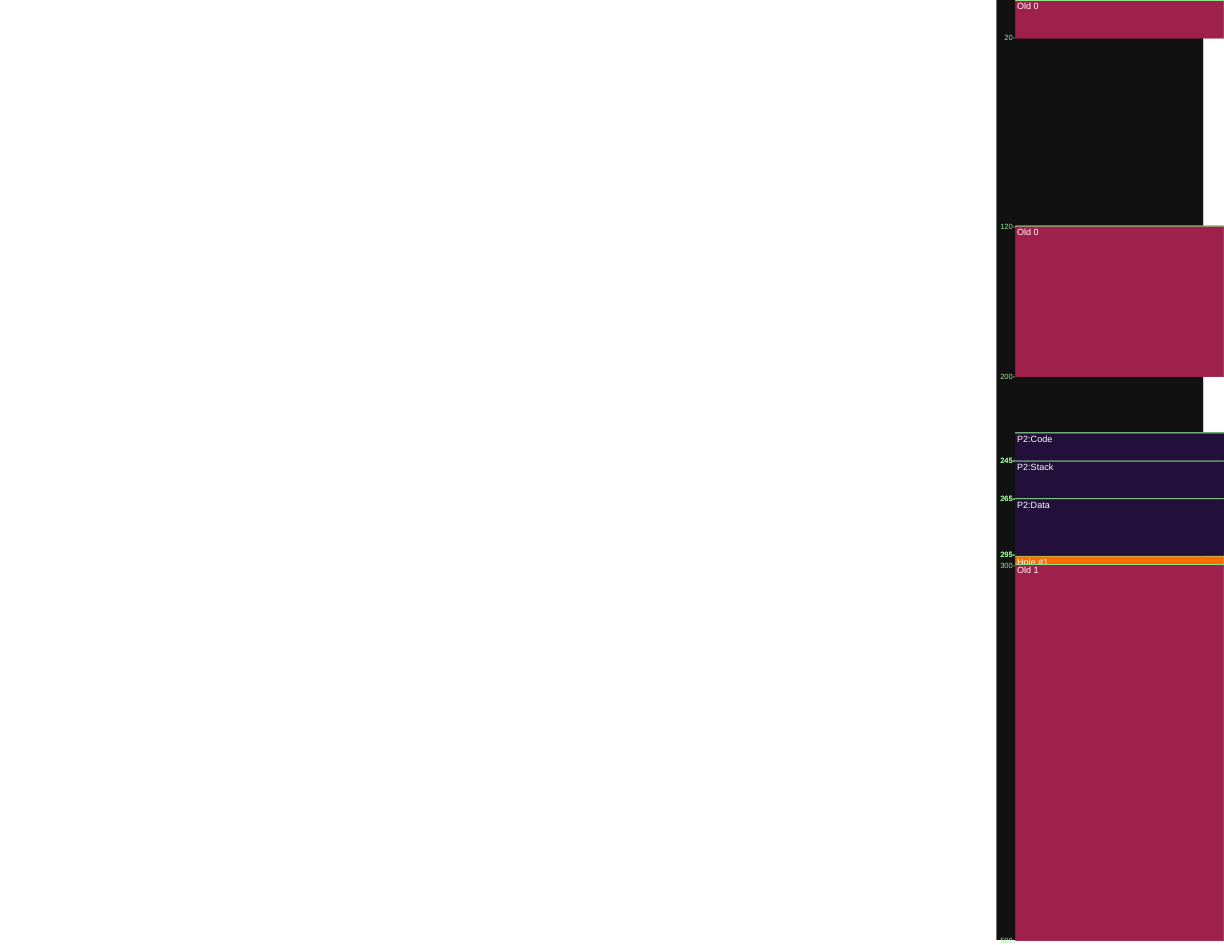
Repository: atout811/memory-allocation-project
Page: /#/final
An editor plug-in stored every save of this project. The page is shown before and after the next save, followed by the edit.
The browser window is 1280 px wide. The page is 1302 px wide, so the pictures cover 1302 px, including what lies to the right of the window. The pictures show the whole page, at 94% of full size.
The project was rebuilt for these pictures with package versions that can differ from the ones it lists, and the page was loaded fresh each time. Also part of the build but not shown: src/views/MemoryAndHoles.vue, src/views/Process.vue, src/views/Methods.vue.

Above is the page before, as saved 2021-06-09 22:44:05.

### src/App.vue
<template>
  <router-view v-slot="{ Component }">
    <transition name="fade" mode="out-in">
      <component :is="Component" />
    </transition>
  </router-view>
</template>
<script>
import MemHole from "./views/MemoryAndHoles.vue";
export default {
  name: "App",
  components: { MemHole },
};
</script>
<style lang="scss">
#app {
  font-family: Avenir, Helvetica, Arial, sans-serif;
  -webkit-font-smoothing: antialiased;
  -moz-osx-font-smoothing: grayscale;
  text-align: center;
  color: #2c3e50;
  display: flex;
  flex-direction: column;
  align-items: center;
}
a {
  font-weight: bold;
  color: #42b983;

  &.router-link-exact-active {
    color: #42b983;
  }
}
.fade-enter-active,
.fade-leave-active {
  transition: opacity 0.5s ease;
}
.fade-enter-from, .fade-leave-to /* .fade-leave-active below version 2.1.8 */ {
  opacity: 0;
}
</style>

### src/router/index.js
import { createRouter, createWebHashHistory } from "vue-router";
import Process from "../views/Process";
import MemoryAndHoles from "../views/MemoryAndHoles";
import Methods from "../views/Methods";
import Final from "../views/Final";

const routes = [
  {
    path: "/",
    name: "Home",
    component: MemoryAndHoles,
  },
  {
    path: "/process",
    name: "Process",
    component: Process,
  },
  {
    path: "/methods",
    name: "Methods",
    component: Methods,
  },
  {
    path: "/final",
    name: "Final",
    component: Final,
  },
];

const router = createRouter({
  history: createWebHashHistory(),
  routes,
});

export default router;

### src/store/index.js
import { createStore } from "vuex";

export default createStore({
  state: {
    input: {
      memSize: 500,
      Holes: [
        { starting: 20, size: 100 },
        { starting: 200, size: 100 },
      ],
      Processes: [
        {
          name: "P0",
          segments: [
            { name: "code", size: 10 },
            { name: "stack", size: 20 },
            { name: "data", size: 20 },
          ],
        },
        {
          name: "P1",
          segments: [
            { name: "code", size: 15 },
            { name: "stack", size: 20 },
            { name: "data", size: 30 },
          ],
        },
        {
          name: "P2",
          segments: [
            { name: "code", size: 15 },
            { name: "stack", size: 20 },
            { name: "data", size: 30 },
          ],
        },
        {
          name: "P3",
          segments: [
            { name: "code", size: 15 },
            { name: "stack", size: 20 },
            { name: "data", size: 30 },
          ],
        },
      ],
      Method: "first-fit",
    },
  },
  mutations: {},
  actions: {},
  modules: {},
});

### src/views/Final.vue
<template>
  <div class="memory"></div>
</template>

<script>
export default {
  name: "Final",

  data() {
    return {
      data: this.$store.state.input,
    };
  },
  mounted: function () {
    const memory = document.querySelector(".memory");
    const scale = 2;
    let data = { ...this.data };
    let holes = data.Holes.map((item) => [item.starting, item.size]);
    // let holes = [
    //   [140, 100],
    //   [40, 80],
    //   [260, 90],
    // ];

    let totalMemorySize = data.memSize;
    function orderHoles() {
      holes = holes.sort((a, b) => a[0] - b[0]);
    }
    function renderMemory() {
      memory.style.height = `${totalMemorySize * scale}px`;
    }
    renderMemory();
    let obj = {};
    let test = data.Processes.map((item) => [
      null,
      item.segments.forEach((el) => {
        obj[el.name] = [Number(el.size)];
      }),
      item.name,
    ]);
    let processes = test.map((item) => [null, obj, item[2]]);
    // let processes = [
    //   [null, { code: [10], data: [30], stack: [16] }, "p1"],
    //   [null, { code: [15], data: [30], stack: [25] }, "p3"],
    //   [null, { code: [10], data: [40], stack: [18] }, "p2"],
    //   [null, { code: [12], data: [10], stack: [12] }, "p4"],
    // ]; //start,size,name
    console.log("prooooooooooocess: ", processes);
    let OldProcess = [];

    function generateOldProcess() {
      const firstHoleStart = holes[0][0];

      if (firstHoleStart > 0) OldProcess.push([0, firstHoleStart, `old ${0}`]);

      for (let h = 0; h < holes.length; h++) {
        const holeStart = holes[h][0];
        const HoleSize = holes[h][1];
        const HoleEnd = holeStart + HoleSize;

        if (h === holes.length - 1) {
          const lastHole = totalMemorySize - HoleEnd;
          if (HoleEnd < totalMemorySize)
            OldProcess.push([HoleEnd, lastHole, `old ${h}`]);
        } else {
          const nextStart = holes[h + 1][0];
          OldProcess.push([HoleEnd, nextStart - HoleEnd, `old ${h}`]);
        }
      }
    }
    // alert(holes[0][0])
    function renderHoles(type, holes) {
      // holes ==>
      for (let hole = 0; hole < holes.length; hole += 1) {
        const startingIndex = holes[hole][0];
        const size = holes[hole][1];

        // alert(hole)
        const holeBox = document.createElement("div");
        if (type === "old") {
          holeBox.innerText = holes[hole][2];
          holeBox.classList.add("oldProcess");
        } else if (type === "hole") {
          holeBox.innerText = "Hole #" + hole;
          holeBox.classList.add("hole");
        } else if (type === "process") {
          holeBox.innerText = holes[hole][2];
          holeBox.classList.add("process");
        }

        holeBox.style.top = `${startingIndex * scale}px`;
        holeBox.style.height = `${size * scale}px`;
        const endSize = document.createElement("span");
        const endSizeContainer = document.createElement("div");
        endSizeContainer.classList.add("endSizeContainer");
        endSizeContainer.appendChild(endSize);
        endSize.innerText = startingIndex + size;

        endSize.classList.add("holeEndIndex");
        if (startingIndex !== null) {
          holeBox.appendChild(endSizeContainer);
          memory.appendChild(holeBox);
        } else {
          // ERROR THE PROCESS CAN'T BE ALLOCATED
        }
      }
    }

    const totalProcessSize = (process) =>
      Object.values(process).reduce((prev, acc) => prev + acc);

    function allocate() {
      for (let p = 0; p < processes.length; p++) {
        // DON'T TOUCH MY SHIT 😡😡😡
        firstFit(processes[p]);
        // bestFit(processes[p])
      }
    }
    // function bestFit(p){
    //     // Allocate in the smallest hole
    //     const segments=p[1]
    //     let tempHoles =JSON.parse(JSON.stringify(holes));
    //     Object.entries(segments).forEach(
    //         ([name, value]) =>{
    //             tempHoles.every((hole,index)=>{
    //                 const [holeStart,holeSize] = hole
    //                 let  [size,segmentStartingIndex]=value
    //                 if(size<= holeSize){
    //                     value[1] =  tempHoles[index][0]
    //                     const segEnd = size+holeStart
    //                     tempHoles[index][0] = segEnd
    //                     tempHoles[index][1]= tempHoles[index][1] - size
    //                     return false
    //                 }else{
    //                     if(index===tempHoles.length-1){
    //                         //😞 مش لاقي مكان
    //                          isAllProcessAllocated = false
    //                         console.log("CATCH",p)
    //                         p[0]=true
    //                     }
    //                     return true
    //                 }
    //             })
    //         }
    //     );
    //     if( isAllProcessAllocated)
    //         holes = tempHoles
    // }

    function firstFit(p) {
      // forEach segment loop over the holes
      // create a temp allocation array
      // that array
      // const size =totalProcessSize

      const segments = p[1];
      let isAllProcessAllocated = true;
      let tempHoles = JSON.parse(JSON.stringify(holes));

      // tempHoles  = []
      // holes=tempHoles
      Object.entries(segments).forEach(([name, value]) => {
        // isAllProcessAllocated = true
        // console.log("valueeeeeeeeeeeeeee", value);
        tempHoles.every((hole, index) => {
          const [holeStart, holeSize] = hole;
          let [size, segmentStartingIndex] = value;
          if (size <= holeSize) {
            console.log("sizeooooooooooo", hole);
            value[1] = tempHoles[index][0];
            const segEnd = size + holeStart;
            tempHoles[index][0] = segEnd;
            tempHoles[index][1] = tempHoles[index][1] - size;
            return false;
          } else {
            if (index === tempHoles.length - 1) {
              //😞 مش لاقي مكان
              isAllProcessAllocated = false;
              console.log("CATCH", p);
              p[0] = true;
            }
            return true;
          }
        });
        console.log("hooooooooooolesss", segments);
      });
      if (isAllProcessAllocated) {
        console.log("FFF", p);
        holes = tempHoles;
      }
    }

    function renderProcess() {
      processes.forEach((p) => {
        // if(accumalatedStartingIndex!==undefined){

        // loop over segments:
        if (!p[0]) {
          Object.keys(p[1]).forEach((s) => {
            console.log("SEGMEMT", [p[1][s][1], [p[1][s]][0]]);
            renderHoles("process", [[p[1][s][1], p[1][s][0], `${p[2]}:${s}`]]);
            // accumalatedStartingIndex+=p[1][s]
          });
        }
        // }else{
        // PROCESS CAN NOT BE ALLOCATED (NO ENGOUGH SPACE!)
        // }
      });
    }

    function concateHoles() {
      holes.forEach((h, index) => {
        const [start, size] = h;
        if (index < holes.length - 1) {
          const end = start + size;
          const [nextStart, nextSize] = holes[index + 1];
          if (end >= nextStart) {
            holes[index][1] = nextStart + nextSize - start;
            holes = [...holes.slice(0, index + 1), ...holes.slice(index + 2)];
            concateHoles();
          }
        }
      });
    }

    function deleteProcess(processName, isOld) {
      // create a hole
      let start, ProcessSize, AfterDelete, segments;
      if (isOld) {
        // deleteProcess()
        const processIndex = OldProcess.findIndex((p) => p[2] === processName);
        AfterDelete = [
          ...OldProcess.slice(0, processIndex),
          ...OldProcess.slice(processIndex + 1),
        ];
        // [start,segments,name] =processes[processIndex]
        start = OldProcess[processIndex][0];
        ProcessSize = OldProcess[processIndex][1];

        OldProcess = AfterDelete;
        holes.push([start, ProcessSize]);
      } else {
        const processIndex = processes.findIndex((p) => p[2] === processName);
        console.log("INDDDEX", processIndex);
        AfterDelete = [
          ...processes.slice(0, processIndex),
          ...processes.slice(processIndex + 1),
        ];
        //  recover Holes
        const [starter, segments] = processes[processIndex];
        Object.values(segments).forEach(([size, starting]) => {
          console.log(size, starting);
          holes.push([starting, size]);
        });
        processes = AfterDelete;
      }

      orderHoles();
      concateHoles();
      // [null,{code:10,data:30,stack:16},"p1"]
      render();
    }
    orderHoles();
    concateHoles();
    generateOldProcess();
    // deleteProcess("old 0",true)
    // deleteProcess("old 2",true)
    allocate();

    function clear() {
      while (memory.firstChild) {
        memory.removeChild(memory.lastChild);
      }
    }

    function render() {
      clear();
      renderHoles("hole", holes);
      renderHoles("old", OldProcess);
      renderProcess();
    }
    render();
    // deleteProcess("p2",false)
    // deleteProcess("p1",false)
    // deleteProcess("p4",false)
  },
};
</script>

<style  >
body {
  display: flex;
  flex-direction: column;
  justify-content: right;
  height: 100vh;
  margin: 0;
  font-family: "Courier New", Courier, monospace;
}
h1 {
  color: blueviolet;
}
.memory {
  background-color: #111;
  /* padding: 20px; */
  /* border-radius: 5px; */
  display: flex;
  flex-direction: column;
  width: 200px;
  align-self: flex-end;
  height: 1150px;
  /* top: 5%; */
  position: absolute;
  padding-left: 20px;
}
.hole {
  background-color: #ff6c00;
  /* border: 0.7px solid #0f0; */

  margin-top: 1px;
  /* height: 100px; */
  display: flex;
  /* align-self: center; */
  width: 100%;

  /* align-items: center; */
  /* justify-content: center; */
  position: absolute;
}
.oldProcess {
  background-color: #a0204c;
  /* border: 0.7px solid darkred; */
  display: flex;

  width: 100%;
  position: absolute;
}
.process {
  background-color: #23103a;
  /* border-bottom: 0.7px solid #eae7af; */
  /* border-top: 0.7px solid lightgreen; */
  display: flex;
  width: 100%;
  position: absolute;
}

.hole,
.oldProcess,
.process {
  font-size: 0.6rem;
  text-transform: capitalize;
  padding-left: 2px;
  color: #fff;
  border-top: 0.2px solid lightgreen;
}

.endSizeContainer {
  /* background-color: red !important; */
  width: 20px;
  z-index: 1000;
  color: lightgreen !important;
  color: #ccc;
  font-size: 0.5rem;

  position: absolute;
  top: calc(100% - 5.4px);
  text-align: right;
  display: block;
  left: -20px;
}
.holeEndIndex::after {
  content: "-";
}
</style>

Loaded but not shown: public/index.html (common file); src/main.js (common file)

After the next save:
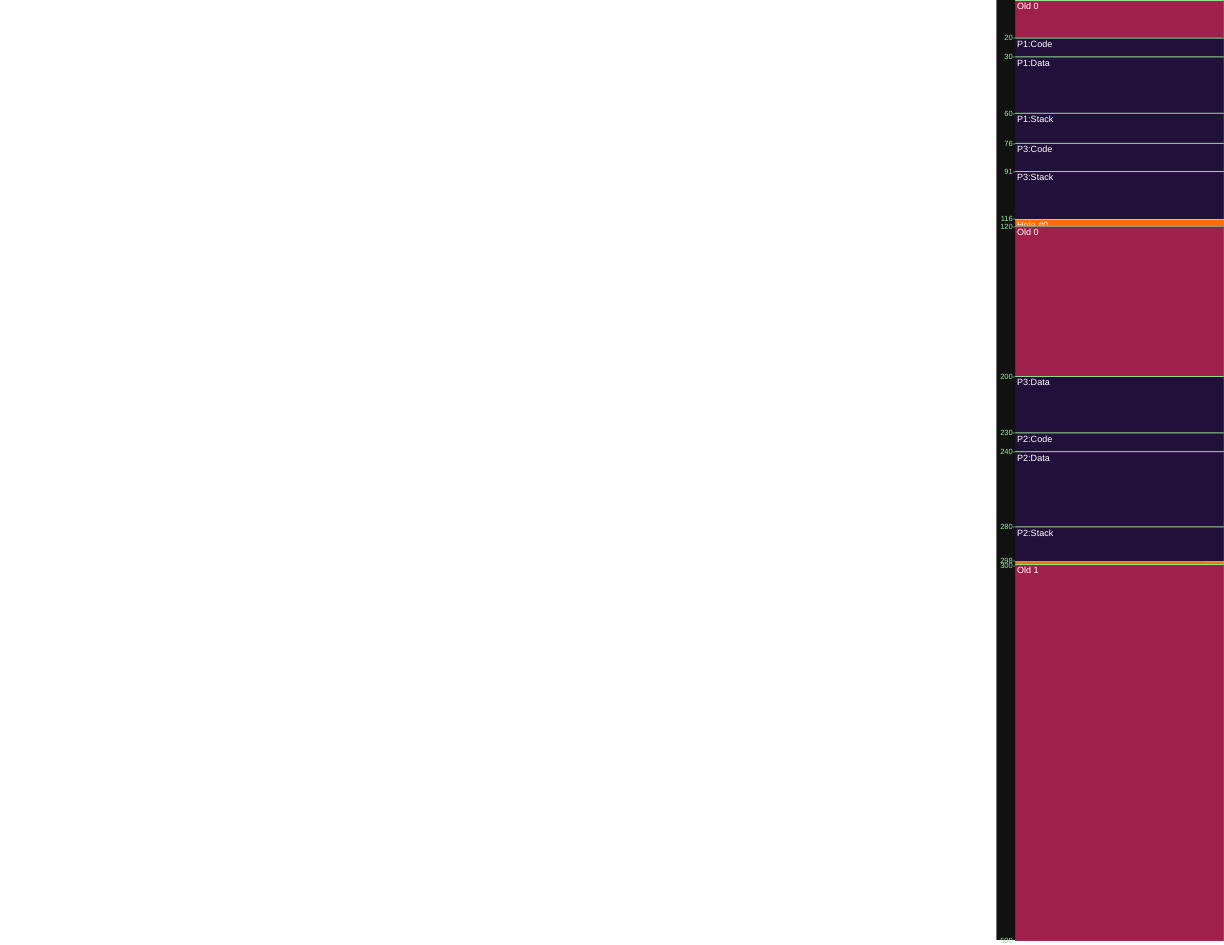
Saved 17 s later.
--- a/src/views/Final.vue
+++ b/src/views/Final.vue
@@ -39,12 +39,12 @@
       item.name,
     ]);
     let processes = test.map((item) => [null, obj, item[2]]);
-    // let processes = [
-    //   [null, { code: [10], data: [30], stack: [16] }, "p1"],
-    //   [null, { code: [15], data: [30], stack: [25] }, "p3"],
-    //   [null, { code: [10], data: [40], stack: [18] }, "p2"],
-    //   [null, { code: [12], data: [10], stack: [12] }, "p4"],
-    // ]; //start,size,name
+    processes = [
+      [null, { code: [10], data: [30], stack: [16] }, "p1"],
+      [null, { code: [15], data: [30], stack: [25] }, "p3"],
+      [null, { code: [10], data: [40], stack: [18] }, "p2"],
+      [null, { code: [12], data: [10], stack: [12] }, "p4"],
+    ]; //start,size,name
     console.log("prooooooooooocess: ", processes);
     let OldProcess = [];
 

After the save that followed:
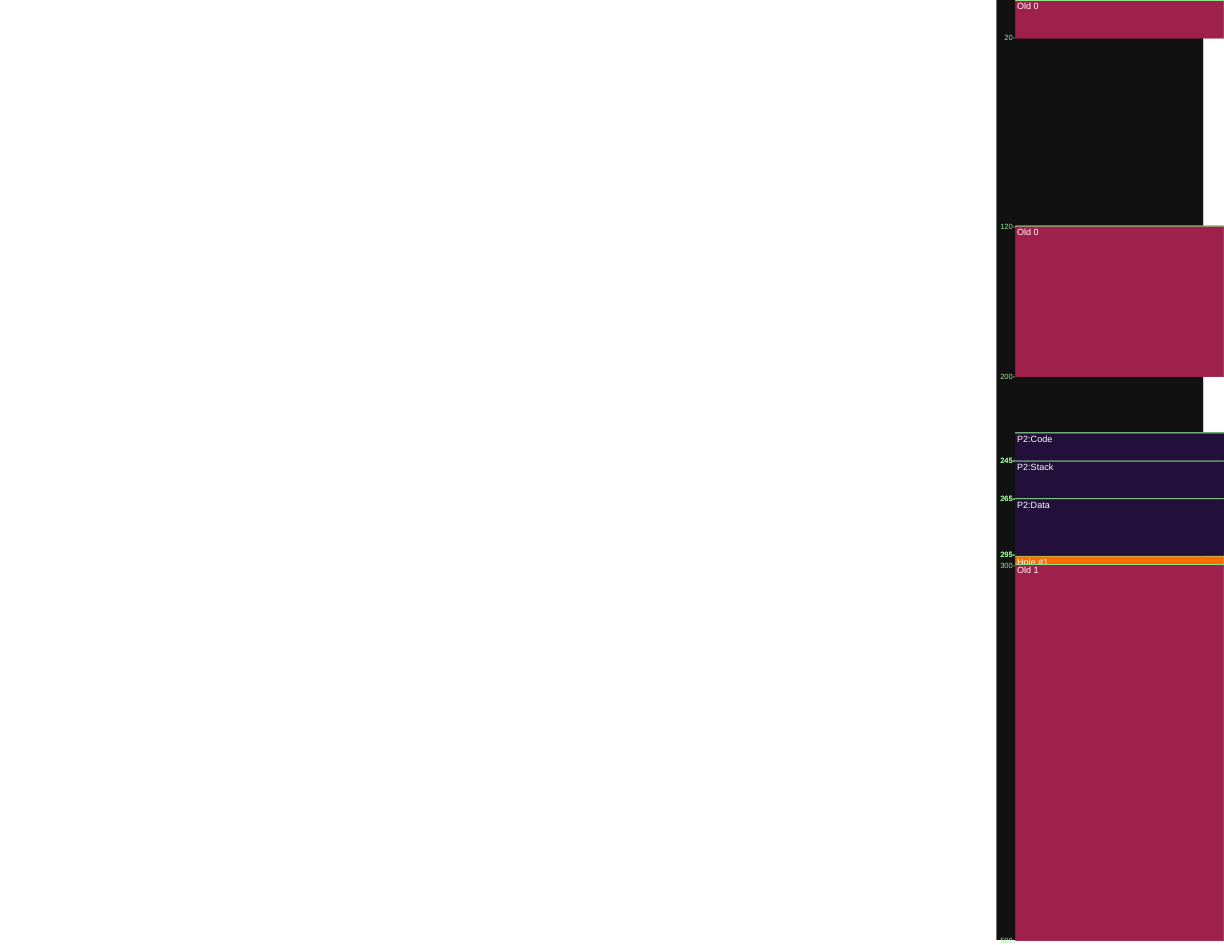
Saved 86 s later.
--- a/src/views/Final.vue
+++ b/src/views/Final.vue
@@ -39,12 +39,12 @@
       item.name,
     ]);
     let processes = test.map((item) => [null, obj, item[2]]);
-    processes = [
-      [null, { code: [10], data: [30], stack: [16] }, "p1"],
-      [null, { code: [15], data: [30], stack: [25] }, "p3"],
-      [null, { code: [10], data: [40], stack: [18] }, "p2"],
-      [null, { code: [12], data: [10], stack: [12] }, "p4"],
-    ]; //start,size,name
+    // processes = [
+    //   [null, { code: [10], data: [30], stack: [16] }, "p1"],
+    //   [null, { code: [15], data: [30], stack: [25] }, "p3"],
+    //   [null, { code: [10], data: [40], stack: [18] }, "p2"],
+    //   [null, { code: [12], data: [10], stack: [12] }, "p4"],
+    // ]; //start,size,name
     console.log("prooooooooooocess: ", processes);
     let OldProcess = [];
 
